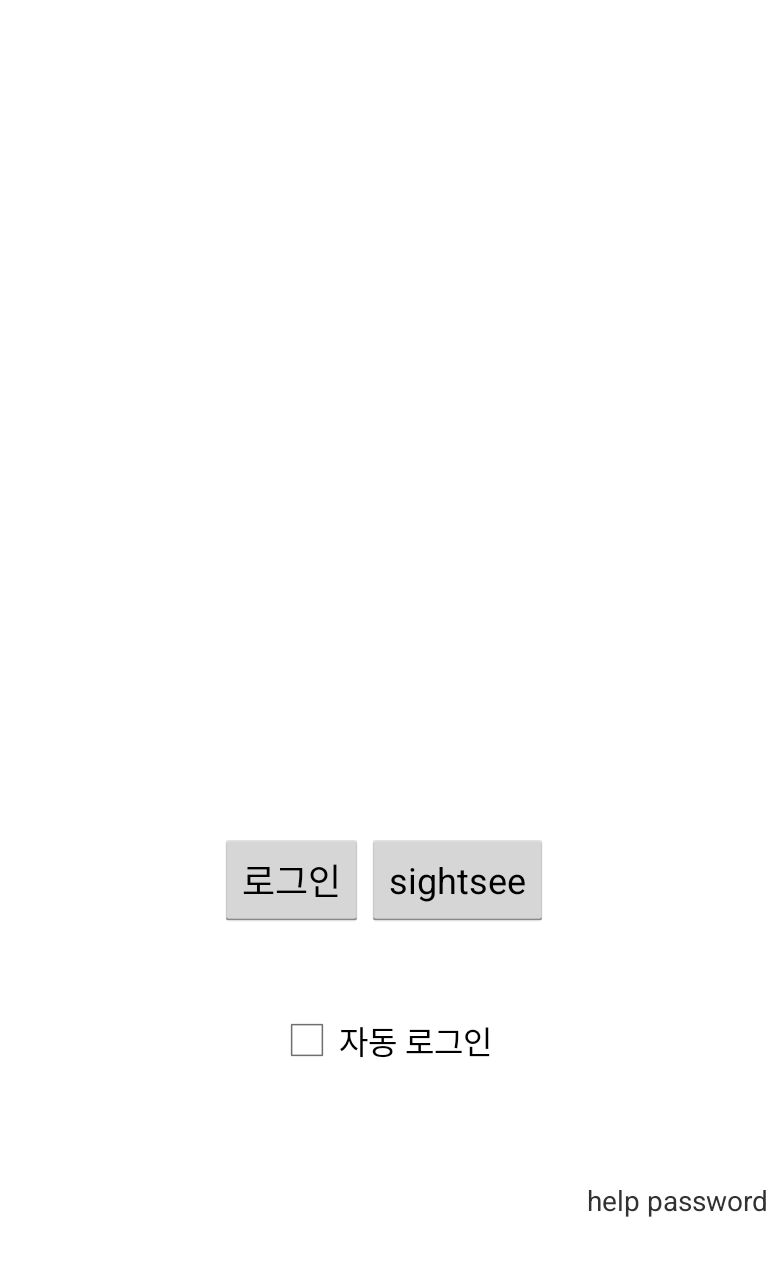
Repository: ET-Bike/E.T-Bike
Layout: Android_Client_ETBike/ETBike/ETBike/res/layout/activity_main.xml
The author's editor kept a copy of each file at every save. The layout is drawn from the files as they stood at one save, then again after the next save.
It is drawn on a 768 x 1280 px phone screen (xhdpi) without system bars, with theme AppTheme; the app's code is not run.

Above is the layout before, as saved 2012-11-07 14:53:20.

After the next save:
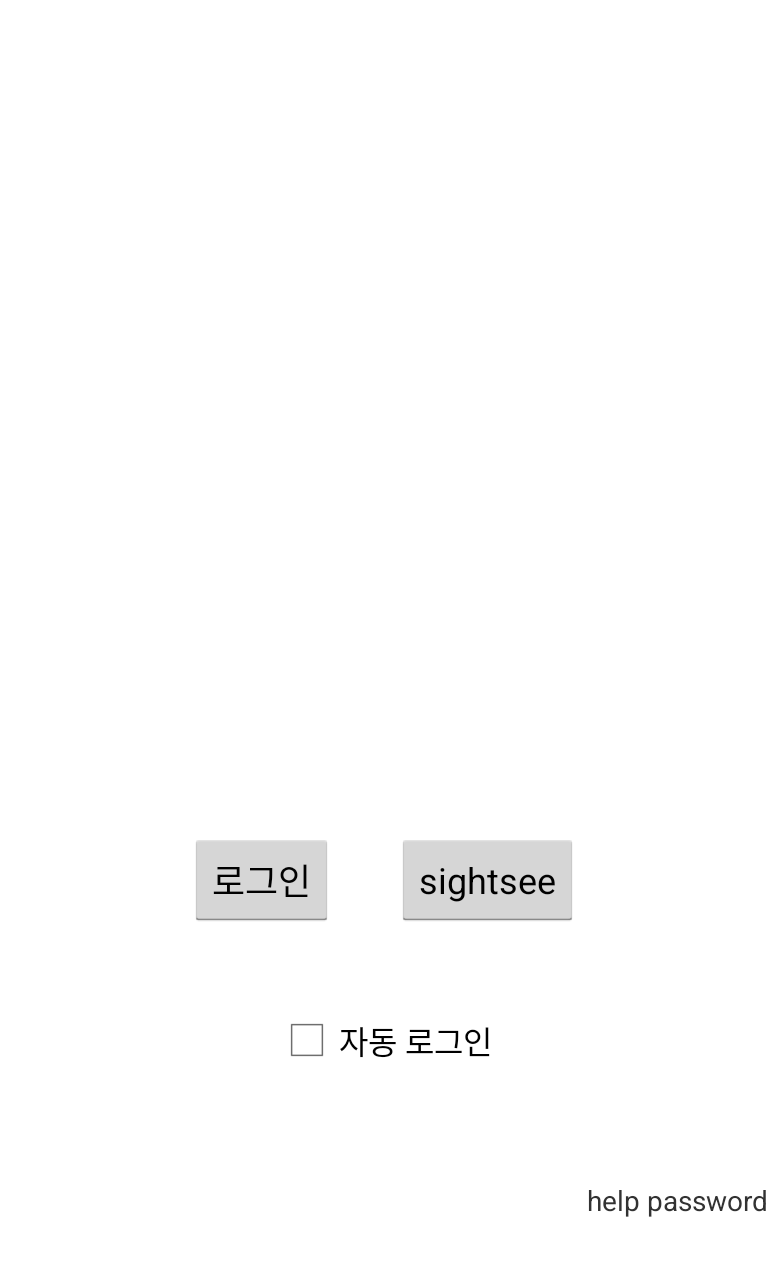
Saved 13 s later.
--- a/Android_Client_ETBike/ETBike/ETBike/res/layout/activity_main.xml
+++ b/Android_Client_ETBike/ETBike/ETBike/res/layout/activity_main.xml
@@ -29,6 +29,7 @@
         <Button
             android:layout_width="wrap_content"
         	android:layout_height="wrap_content"
+        	android:layout_marginLeft="30dp"
         	android:text="sightsee"
             />
     </LinearLayout>
